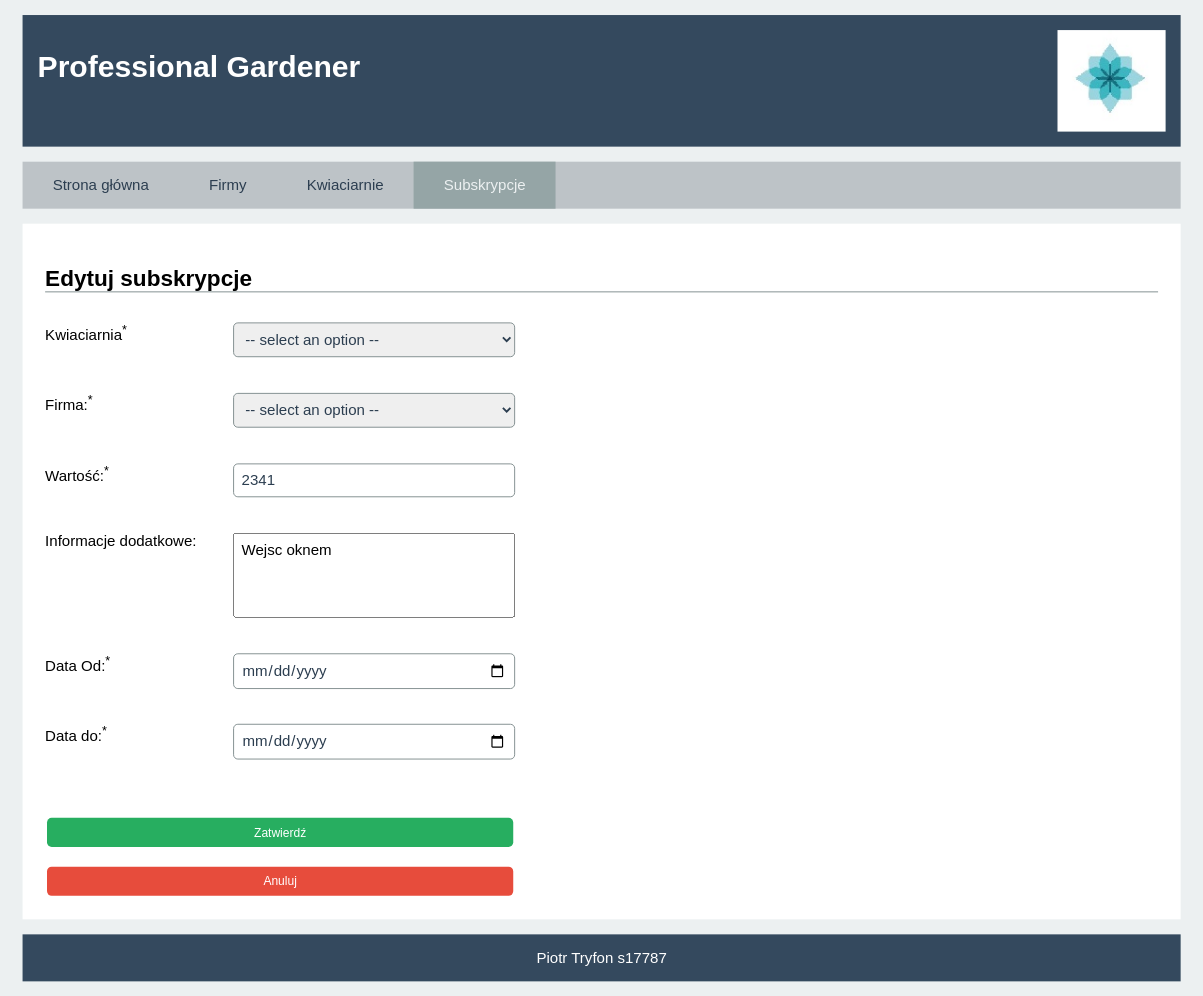
Repository: s17787/TIN
Page: tin_zaoczne_12_s17787_html-css/pages/subscription-edit.html
These files come from the project's save history. The page is drawn as it stood at one moment and after a run of saves; the edit follows.
The browser window is 1280 px wide. The pictures show the whole page, at 94% of full size.

Above is the page before, as saved 2021-01-06 21:40:44.

### tin_zaoczne_12_s17787_html-css/pages/subscription-edit.html
<!DOCTYPE html>
<html lang="pl-PL">
<head>
    <meta charset="UTF-8">
    <meta name="viewport" content="width=device-width, initial-scale=1.0">
    <title>Professional Gardener</title>
    <link rel="stylesheet" href="../css/style.css" type="text/css"/>
    <script type="application/javascript" src="../js/validationCommon.js"></script>
    <script type="application/javascript" src="../js/validationSubsForm.js"></script>
</head>
<body>
    <header>
        <h1>Professional Gardener</h1>
        <img src="../images/logo.jpg" alt="Professional Gardener">
    </header>
    <nav>
        <ul>
            <li><a href="../index.html" >Strona główna</a></li>
            <li><a href="client-list.html">Firmy</a></li>
            <li><a href="florist-list.html" >Kwiaciarnie</a></li>
            <li><a href="subscription-list.html" class="active">Subskrypcje</a></li>
        </ul>
    </nav>
    <main>
        <h2>Edytuj subskrypcje</h2>
        <form class="form" novalidate onsubmit="return validateSubsForm()">
            <!--<div class="form-group">-->
                <label for="florist_Name">Kwiaciarnia<sup>*</sup></label>
                <select id="florist_Name" name="florist_Name">
                    <option disabled selected value> -- select an option -- </option>
                    <option value="wilenska">Wileńska</option>
                    <option value="poludniowa">Południowa</option>
                    <option value="polnocna">Północna</option>
                  </select>
                  <span id="errorFloristName" class="errors-text"></span>
            <!--</div>-->
            <!--<div class="form-group">-->
                <label for="client_Name">Firma:<sup>*</sup></label>
                <select id="client_Name" name="client_Name">
                    <option disabled selected value> -- select an option -- </option>
                    <option value="sony">Sony</option>
                    <option value="walmart">Walmart</option>
                    <option value="amazon">Amazon</option>
                  </select>
                  <span id="errorClientName" class="errors-text"></span>
            <!--</div>-->
            <!--<div class="form-group">-->
                <label for="value">Wartość:<sup>*</sup></label>
                <input type="text" name="value" id="value" value="2341"/>
                <span id="errorValue" class="errors-text"></span>
            <!--</div>-->
            <!--<div class="form-group">-->
                <label for="Informacje">Informacje dodatkowe:</label>
                <textarea type="text" name="information" id="information" rows="4" cols="10" style="resize: none;">Wejsc oknem</textarea>
                <span id="errorInformation" class="errors-text"></span>
            <!--</div>-->
            <!--<div class="form-group">-->
                <label for="date_From">Data Od:<sup>*</sup></label>
                <input type="date" name="date_From" id="date_From"/>
                <span id="errorDateFrom" class="errors-text"></span>
            <!--</div>-->
            <!--<div class="form-group">-->
                <label for="date_To">Data do:<sup>*</sup></label>
                <input type="date" name="date_To" id="date_To"/>
                <span id="errorDateTo" class="errors-text"></span>
            <!--</div>-->
            <!--<div class="form-group">-->
                <p id="errorsSummary" class="errors-text"></p>
                <p><input href="subscription-list.html" class="form-button-submit" type="submit" value="Zatwierdź" /></p>
                <p><a href="subscription-list.html" class="form-button-cancel" >Anuluj</a></p>
            <!--</div>-->
        </form>
    </main>
    <footer>
        Piotr Tryfon s17787
    </footer>
</body>
</html>

### tin_zaoczne_12_s17787_html-css/css/style.css
html {
    background-color: #ecf0f1;
    font-family: sans-serif;
}

body {
    min-width: 360px;
  }

header,
main,
footer {
    background-color: white;
}

header,
main,
footer,
nav {
    margin: 1rem;
}

header,
footer {
    background-color: #34495e;
    color: white;
    padding: 1rem;
}

header {
    display: flex;
    justify-content: space-between;
}

nav {
    background-color: #bdc3c7;
}

nav ul {
    display: flex;
    padding: 0;
    list-style-type: none;
}

nav ul li a {
    display: inline-block;
    color: #2c3e50;
    padding: 1rem 2rem;
    text-decoration: none;
}

nav ul li a:hover {
    background-color: #d35400;
    color: #ecf0f1;
}

nav ul li a.active {
    background-color: #95a5a6;
    color: #ecf0f1;
}

main {
    padding: 1.5rem;
}

footer {
    text-align: center;
}

main h2 {
    border-bottom: 1px solid #7f8c8d;
    margin-bottom: 2rem;
}

.table-list {
    border-collapse: collapse;
    color:#2c3e50;
    width: 100%;
}

.table-list,
.table-list th,
.table-list td {
    border: 1px solid #bdc3c7;
}

.table-list th,
.table-list td {
    padding: 0.5rem;
}

.table-list th,
.table-list tbody tr:nth-child(even) {
    background-color: #ecf0f1;
}

.list-actions {
    margin: 0;
    text-align: center;
    list-style-type: none;
    padding: 0;
}

.list-actions li {
    display: inline-block;
    margin: 0.2em;
}

.list-actions-button-details,
.list-actions-button-edit,
.list-actions-button-delete {
    display: inline-block;
    width: 75px;
    padding: 0.25rem 0.5rem;
}

.list-actions-button-details,
.list-actions-button-edit,
.list-actions-button-delete,
.button-add,
.form-button-submit,
.form-button-cancel {
    border: none;
    border-radius: 5px;
    color: white;
    text-decoration: none;
    text-align: center;
    font-size: 0.8rem;
}

.list-actions-button-details,
.list-actions-button-edit {
    margin-right: 1rem;
}

.list-actions-button-details {
    background-color: #2980b9;
}
.list-actions-button-details:hover {
    background-color: #3498db;
}

.list-actions-button-edit {
    background-color: #f39c12;
}

.list-actions-button-edit:hover {
    background-color: #f1c40f;
}

.form-button-cancel,
.list-actions-button-delete {
    background-color: #c0392b;
}

.form-button-cancel,
.list-actions-button-delete:hover {
    background-color: #e74c3c;
}

.button-add,
.form-button-submit,
.form-button-cancel {
    padding: 0.5rem 1rem;
}

.button-add,
.form-button-submit {
    background-color: #27ae60;
}

.button-add:hover,
.form-button-submit:hover {
    background-color: #2ecc71;
}

button,
input,
select,
textarea {
    font-family: inherit;
    font-size: 100%;
    box-sizing: border-box;
    padding: 0; margin: 0;
}

textarea {
    overflow: auto;
}

.form {
    display: grid;
    grid-template-columns: 200px 300px;
    row-gap: 1rem;
}

.form select,
.form input[type="text"],
.form input[type="number"],
.form input[type="date"],
.form input[type="email"] {
    border: 1px solid #7f8c8d;
    color:#2c3e50;
    border-radius: 5px;
    padding: 0.5rem;
    width: 100%;
}

.form label {
    display: block;
    margin-bottom: 0.5em;
}

.form-group {
    margin-bottom: 1rem;
}

abbr[title='required'] {
    color: #c0392b;
}

.form p {
    grid-column-start: 1;
    grid-column-end: -1;
    margin: 0.1em;
}

.form textarea{
    padding: 0.5rem;
}

.form span {
    grid-column-start: -2;
    grid-column-end: -1;
    margin: 0.1em;
}

.form-button-submit,
.form-button-cancel {
    width: 100%;
}

.form-button-submit,
.form-button-cancel {
    box-sizing: border-box;
    display: block;
}

.form-button-submit {
    margin-bottom: 0.1rem;
}

@media all and (max-width:720px) {
    header {
        flex-direction: column;
    }

    header h1 {
        text-align: center;
    }

    header img {
        align-self: center;
    }
}

@media all and (max-width: 400px) {
    body,
    nav,
    nav ul,
    header,
    main,
    footer {
        margin: 0;
    }
}

@media all and (max-width:720px) {
    nav ul {
        flex-wrap: wrap;
    }

    nav ul li {
        flex-basis: 50%;
        text-align: center;
    }

    nav ul li a {
        display: block;
    }
}

@media all and (max-width: 400px) {
    nav ul li {
        flex-basis: 100%;
    }
}

@media all and (max-width: 720px) {
    .form {
        grid-template-columns: 1fr;
        row-gap:unset;
        margin-left: unset;
        row-gap: 0.3rem;
    }

    .form input[type="text"],
    .form input[type="number"],
    .form input[type="date"],
    .form select {
        margin-bottom: 1rem;
    }
}

.errors-text {
    font-size: 0.85em;
    line-height: 2.25rem;
    padding: 0.1rem;
    color: red;
  }

.form input.error-input,
.form textarea.error-input,
.form select.error-input {
    border: 3px solid #e74c3c
}

### tin_zaoczne_12_s17787_html-css/js/validationCommon.js
function resetErrors(inputs, errorTexts, errorInfo) {
    for (let i = 0; i < inputs.length; i++) {
        inputs[i].classList.remove("error-input");
    }
    for (let i = 0; i < errorTexts.length; i++) {
        errorTexts[i].innerText = "";
    }
    errorInfo.innerText = "";
}

function checkRequired(value) {
    if (!value) {
        return false;
    }
    value = value.toString().trim();
    if (value === "") {
        return false;
    }
    return true;
}

function checkDropdownRequired(value) {
    if (!value) {
        return false;
    }
    value = value.toString().trim();
    if (value === " -- select an option -- ") {
        return false;
    }
    return true;
}

function checkTextLengthRange(value, min, max) {
    if (!value) {
        return false;
    }
    value = value.toString().trim();
    const length = value.length;
    if (max && length > max) {
        return false;
    }
    if (min && length < min) {
        return false;
    }
    return true;
}

function checkEmail(value) {
    if (!value) {
        return false;
    }
    value = value.toString().trim();
    const re = /^(([^<>()\[\]\.,;:\s@\"]+(\.[^<>()\[\]\.,;:\s@\"]+)*)|(\".+\"))@(([^<>()[\]\.,;:\s@\"]+\.)+[^<>()[\]\.,;:\s@\"]{2,})$/i;
    return re.test(value);
}

function checkNumber(value) {
    if (!value) {
        return false;
    }
    if (isNaN(value)) {
        return false;
    }
    return true;
}

function checkNumberRange(value, min, max) {
    if (!value) {
        return false;
    }
    if (isNaN(value)) {
        return false;
    }
    value = parseFloat(value);
    if (value < min) {
        return false;
    }
    if (value > max) {
        return false;
    }
    return true;
}

function checkDate(value) {
    if (!value) {
        return false;
    }
    const pattern = /(\d{4})-(\d{2})-(\d{2})/;
    return pattern.test(value);
}

function checkDateIfAfter(value, compareTo) {
    if (!value) {
        return false;
    }
    if (!compareTo) {
        return false;
    }
    const pattern = /(\d{4})-(\d{2})-(\d{2})/;
    if (!pattern.test(value)) {
        return false;
    }
    if (!pattern.test(compareTo)) {
        return false;
    }
    const valueDate = new Date(value);
    const compareToDate = new Date(compareTo);
    if (valueDate.getTime() <= compareToDate.getTime()) {
        return false;
    }
    return true;
}

### tin_zaoczne_12_s17787_html-css/js/validationSubsForm.js
function validateSubsForm() {
    const floristName = document.getElementById('florist_Name');
    const clientName = document.getElementById('client_Name');
    const Value = document.getElementById('value');
    const Information = document.getElementById('information');
    const dateFrom = document.getElementById('date_From');
    const dateTo = document.getElementById('date_To');

    console.log("1 ", floristName.value);
    console.log("2 ", clientName.value);
    console.log("3 ",Value.value);
    console.log("4 ", Information.value);
    console.log("5 ", dateFrom.value);

    const errorFloristName = document.getElementById('errorFloristName');
    const errorClientName = document.getElementById('errorClientName');
    const errorValue = document.getElementById('errorValue');
    const errorInformation = document.getElementById('errorInformation');
    const errorDateFrom = document.getElementById('errorDateFrom');
    const errorDateTo = document.getElementById('errorDateTo');
    const errorsSummary = document.getElementById('errorsSummary');

    let valid = true;

    let nowDate = new Date(),
    month = '' + (nowDate.getMonth() + 1),
    day = '' + nowDate.getDate(),
    year = nowDate.getFullYear();

    if (month.length < 2)
        month = '0' + month;
    if (day.length < 2)
        day = '0' + day;
    const nowString = [year, month, day].join('-');

    resetErrors([floristName, clientName, Value, Information, dateFrom, dateTo], [errorFloristName, errorClientName, errorValue, errorInformation, errorDateFrom, errorDateTo], errorsSummary);

    if (!checkDropdownRequired(floristName.value)) {
        valid = false;
        floristName.classList.add("error-input");
        errorFloristName.innerText = "Pole jest wymagane";
    }

    if (!checkDropdownRequired(clientName.value)) {
        valid = false;
        clientName.classList.add("error-input");
        errorClientName.innerText = "Pole jest wymagane";
    }

    if (!checkRequired(Value.value)) {
        valid = false;
        Value.classList.add("error-input");
        errorValue.innerText = "Pole jest wymagane";
    } else if (!checkNumber(Value.value)) {
        valid = false;
        Value.classList.add("error-input");
        errorValue.innerText = "Pole powinno zawierać prawidłową kwotę";
    } else if (!checkNumberRange(Value.value, 10, 10000)) {
        valid = false;
        Value.classList.add("error-input");
        errorValue.innerText = "Pole powinno zawierać kwotę od 10 do 10000 (PLN)";
    }

    if (!checkRequired(Information.value)) {
    }

    if (!checkRequired(dateFrom.value)) {
        valid = false;
        dateFrom.classList.add("error-input");
        errorDateFrom.innerText = "Pole jest wymagane";
    } else if (!checkDate(dateFrom.value)) {
        valid = false;
        dateFrom.classList.add("error-input");
        errorDateFrom.innerText = "Pole powinno zawierać datę w formacie yyyy-MM-dd (np. 2000-01-01)";
    } else if (checkDateIfAfter(nowString, dateFrom.value)) {
        valid = false;
        dateFrom.classList.add("error-input");
        errorDateFrom.innerText = "Data nie może być z przeszłości";
    }

    if (!checkRequired(dateTo.value)) {
        valid = false;
        dateTo.classList.add("error-input");
        errorDateTo.innerText = "Pole jest wymagane";
    } else if (!checkDate(dateTo.value)) {
        valid = false;
        dateTo.classList.add("error-input");
        errorDateTo.innerText = "Pole powinno zawierać datę w formacie yyyy-MM-dd (np. 2000-01-01)";
    } else if (checkDateIfAfter(nowString, dateTo.value)) {
        valid = false;
        dateTo.classList.add("error-input");
        errorDateTo.innerText = "Data nie może być z przeszłości";
    } else if (checkRequired(dateTo.value) && checkDate(dateTo.value)
    && !checkDateIfAfter(dateTo.value, dateFrom.value)) {
        //jeśli data od oraz data do jest poprawna, sprawdzamy kolejność dat
        valid = false;
        dateTo.classList.add("error-input");
        errorDateTo.innerText = "Data do powinna być późniejsza niż data od";
    }

    function resetErrors(inputs, errorTexts, errorInfo) {
        for(let i=0; i<inputs.length; i++) {
            inputs[i].classList.remove("error-input");
        }
        for(let i=0; i<errorTexts.length; i++) {
            errorTexts[i].innerText = "";
        }
        errorInfo.innerText = "";
    }

    if (!valid) {
        errorsSummary.innerText = "Formularz zawiera błędy";
    }

    return valid;
}

After the next 2 saves:
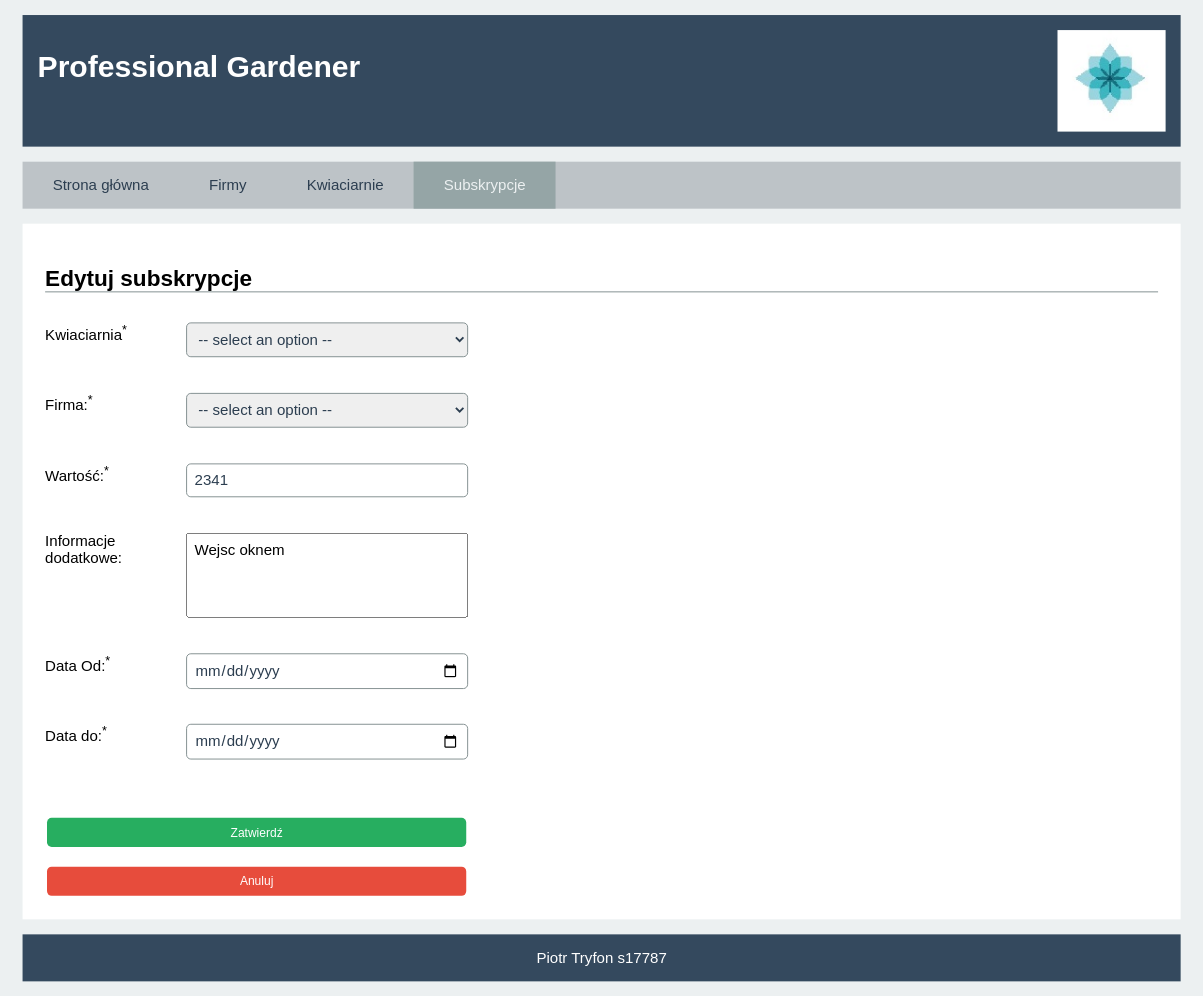
The 2 saves are shown as one change because they came seconds apart.
The last was saved 11 s later.
--- a/tin_zaoczne_12_s17787_html-css/css/style.css
+++ b/tin_zaoczne_12_s17787_html-css/css/style.css
@@ -190,7 +190,7 @@ textarea {
 
 .form {
     display: grid;
-    grid-template-columns: 200px 300px;
+    grid-template-columns: 150px 300px;
     row-gap: 1rem;
 }
 
